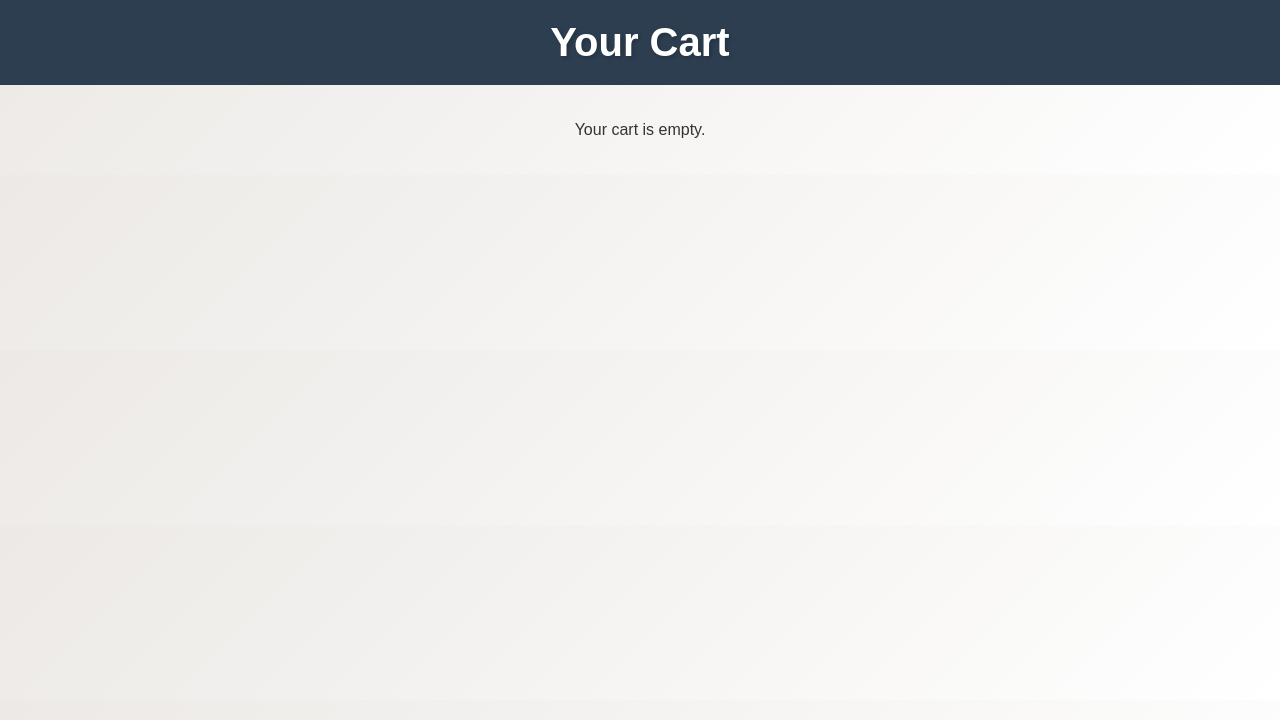
Repository: Masood395/Food-App
Page: http://localhost/FoodApp/cart.jsp
These files come from the project's save history. The page is drawn as it stood at one moment and after the next save; the edit follows.
The browser window is 1280 px wide. The pictures show the whole page.
The page is served by Tomcat 9. Other server files are loaded and not shown.

Above is the page before, as saved 2024-11-13 11:38:45.

### FoodApp/src/main/webapp/cart.jsp
<%@ page language="java" contentType="text/html; charset=UTF-8" pageEncoding="UTF-8"%>
<%@ page import="java.util.*" %>
<%@ page import="com.tap.cartitem.CartItem" %>

<!DOCTYPE html>
<html lang="en">
<head>
    <meta charset="UTF-8">
    <title>Your Cart</title>
    <link rel="stylesheet" href="https://cdnjs.cloudflare.com/ajax/libs/font-awesome/5.15.4/css/all.min.css">
    <style>
        /* General Styling */
        body {
            font-family: 'Arial', sans-serif;
            background: linear-gradient(135deg, #ece9e6, #ffffff);
            margin: 0;
            padding: 0;
            color: #333;
        }

        /* Header Styling */
        header {
            background: #2C3E50;
            color: white;
            padding: 20px;
            text-align: center;
        }

        header h1 {
            margin: 0;
            font-size: 2.5em;
            text-shadow: 2px 2px 4px rgba(0, 0, 0, 0.2);
        }

        /* Container for Cart Items */
        .cart-container {
            display: flex;
            flex-direction: column;
            align-items: center;
            padding: 20px;
            max-width: 1200px;
            margin: 0 auto;
        }

        /* Cart Item Card */
        .cart-item {
            display: flex;
            background: #fff;
            border-radius: 15px;
            overflow: hidden;
            width: 90%;
            max-width: 800px;
            margin-bottom: 20px;
            box-shadow: 0 4px 10px rgba(0, 0, 0, 0.15);
            transition: transform 0.3s ease;
            position: relative;
            animation: slideIn 0.5s ease forwards;
        }

        @keyframes slideIn {
            from { opacity: 0; transform: translateY(20px); }
            to { opacity: 1; transform: translateY(0); }
        }

        .cart-item:hover {
            transform: translateY(-5px);
        }

        .cart-item img {
            width: 200px;
            height: 200px;
            object-fit: cover;
            border-right: 1px solid #ddd;
        }

        .cart-item-details {
            padding: 20px;
            flex: 1;
            display: flex;
            flex-direction: column;
            justify-content: space-between;
        }

        .cart-item h2 {
            font-size: 1.6em;
            color: #333;
            margin: 0 0 10px;
        }

        .cart-item p {
            font-size: 1.1em;
            margin: 5px 0;
        }

        .cart-item .price {
            font-size: 1.4em;
            color: #FF5722;
            font-weight: bold;
        }

        .quantity-selector {
            display: flex;
            align-items: center;
            margin-top: 10px;
        }

        .quantity-selector select {
            padding: 8px;
            border-radius: 5px;
            border: 1px solid #ccc;
            margin-right: 10px;
            font-size: 1em;
        }

        /* Button Styles */
        .button-container {
            display: flex;
            justify-content: space-between;
            margin-top: 10px;
        }

        .update-button, .remove-button {
            background: #E74C3C;
            color: white;
            padding: 10px 15px;
            font-size: 1em;
            border: none;
            border-radius: 30px;
            cursor: pointer;
            transition: background 0.3s ease;
        }

        .update-button:hover {
            background: #C0392B;
        }

        .remove-button {
            background: #FF5722;
        }

        .remove-button:hover {
            background: #E64A19;
        }

        /* Total Price Section */
        .total-section {
            font-size: 1.5em;
            font-weight: bold;
            margin-top: 20px;
            color: #333;
            text-align: center;
        }

        .checkout-button {
            display: inline-block;
            background: #28a745;
            color: white;
            padding: 15px 30px;
            font-size: 1.2em border-radius: 50px;
            text-align: center;
            cursor: pointer;
            transition: background 0.3s ease;
            margin-top: 20px;
            text-decoration: none;
        }

        .checkout-button:hover {
            background: #218838;
        }

    </style>
</head>
<body>

<header>
    <h1>Your Cart</h1>
</header>

<div class="cart-container">
    <%
        Map<Integer, CartItem> cart = (Map<Integer, CartItem>) session.getAttribute("cart");
        double total = 0;
        if (cart != null && !cart.isEmpty()) {
            for (CartItem item : cart.values()) {
                double itemTotal = item.getPrice() * item.getQuantity();
                total += itemTotal;
    %>
        <div class="cart-item">
            <img src="<%= item.getImage() %>" alt="<%= item.getName() %>">
            <div class="cart-item-details">
                <h2><%= item.getName() %></h2>
                <p>Restaurant: <%= item.getRestaurant() %></p>
                <p class="price">$<%= String.format("%.2f", item.getPrice()) %></p>
                <p>Quantity: <%= item.getQuantity() %></p>
                <p>Subtotal: $<%= String.format("%.2f", itemTotal) %></p>
                <div class="quantity-selector">
                    <select name="quantity" onchange="this.form.submit()">
                        <% for (int i = 1; i <= 10; i++) { %>
                            <option value="<%= i %>" <%= i == item.getQuantity() ? "selected" : "" %>><%= i %></option>
                        <% } %>
                    </select>
                    <input type="hidden" name="itemId" value="<%= item.getItemId() %>">
                </div>
                <div class="button-container">
                    <form action="updateCart" method="post">
                        <button type="submit" class="update-button">Update</button>
                    </form>
                    <form action="removeItem" method="post">
                        <input type="hidden" name="itemId" value="<%= item.getItemId() %>">
                        <button type="submit" class="remove-button">Remove</button>
                    </form>
                </div>
            </div>
        </div>
    <%
            }
    %>
        <div class="total-section">
            <p>Total: $<%= String.format("%.2f", total) %></p>
            <a href="checkout.jsp" class="checkout-button">Proceed to Checkout</a>
        </div>
    <%
        } else {
    %>
        <p>Your cart is empty.</p>
    <%
        }
    %>
</div>

</body>
</html>

After the next save:
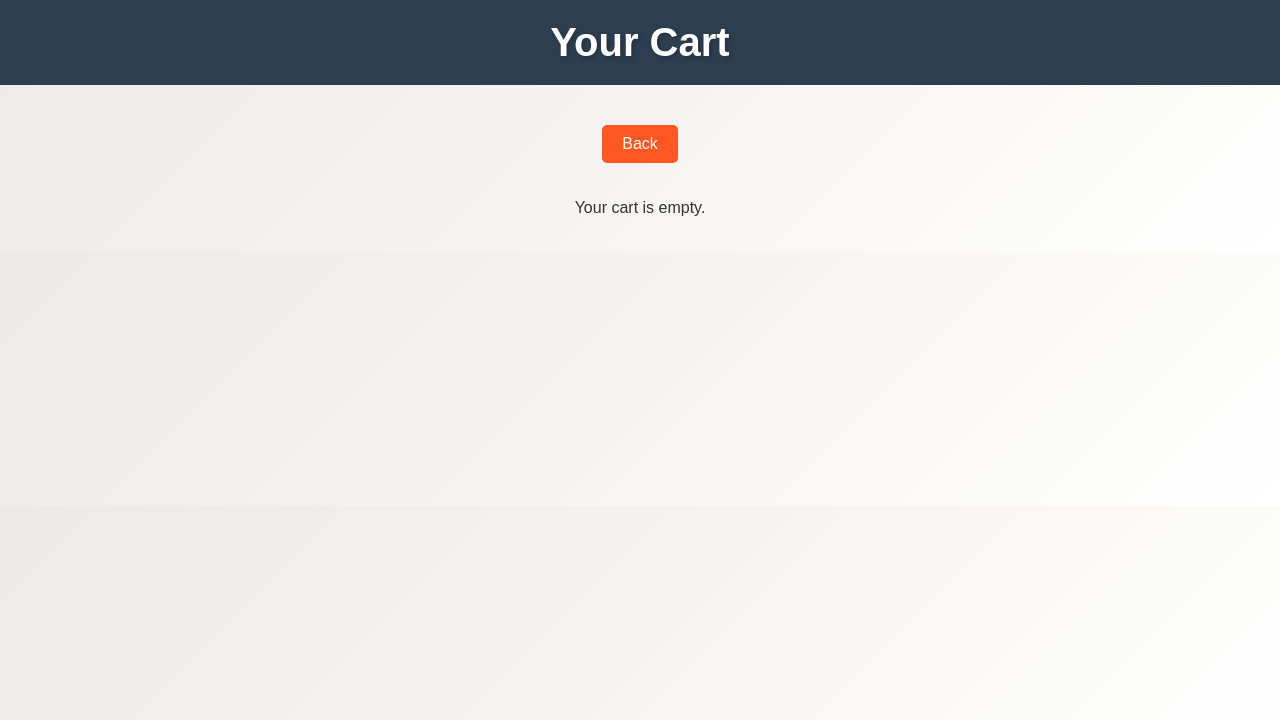
Saved 7 min 15 s later.
--- a/FoodApp/src/main/webapp/cart.jsp
+++ b/FoodApp/src/main/webapp/cart.jsp
@@ -32,6 +32,24 @@
             text-shadow: 2px 2px 4px rgba(0, 0, 0, 0.2);
         }
 
+        /* Back Button */
+        .back-button {
+            background: #FF5722;
+            color: white;
+            padding: 10px 20px;
+            border: none;
+            border-radius: 5px;
+            cursor: pointer;
+            transition: background 0.3s ease;
+            margin: 20px;
+            text-decoration: none;
+            display: inline-block;
+        }
+
+        .back-button:hover {
+            background: #E64A19;
+        }
+
         /* Container for Cart Items */
         .cart-container {
             display: flex;
@@ -125,7 +143,8 @@
             padding: 10px 15px;
             font-size: 1em;
             border: none;
-            border-radius: 30px;
+            border-radius: 30 ```jsp
+px;
             cursor: pointer;
             transition: background 0.3s ease;
         }
@@ -156,7 +175,8 @@
             background: #28a745;
             color: white;
             padding: 15px 30px;
-            font-size: 1.2em border-radius: 50px;
+            font-size: 1.2em;
+            border-radius: 50px;
             text-align: center;
             cursor: pointer;
             transition: background 0.3s ease;
@@ -168,6 +188,22 @@
             background: #218838;
         }
 
+        /* Responsive Design */
+        @media (max-width: 600px) {
+            .cart-item {
+                flex-direction: column;
+                align-items: flex-start;
+            }
+
+            .cart-item img {
+                width: 100%;
+                height: auto;
+            }
+
+            .quantity-selector {
+                margin-top: 10px;
+            }
+        }
     </style>
 </head>
 <body>
@@ -177,6 +213,7 @@
 </header>
 
 <div class="cart-container">
+    <a href="javascript:history.back()" class="back-button">Back</a>
     <%
         Map<Integer, CartItem> cart = (Map<Integer, CartItem>) session.getAttribute("cart");
         double total = 0;
@@ -194,12 +231,14 @@
                 <p>Quantity: <%= item.getQuantity() %></p>
                 <p>Subtotal: $<%= String.format("%.2f", itemTotal) %></p>
                 <div class="quantity-selector">
-                    <select name="quantity" onchange="this.form.submit()">
-                        <% for (int i = 1; i <= 10; i++) { %>
-                            <option value="<%= i %>" <%= i == item.getQuantity() ? "selected" : "" %>><%= i %></option>
-                        <% } %>
-                    </select>
-                    <input type="hidden" name="itemId" value="<%= item.getItemId() %>">
+                    <form action="updateCart" method="post">
+                        <select name="quantity" onchange="this.form.submit()">
+                            <% for (int i = 1; i <= 10; i++) { %>
+                                <option value="<%= i %>" <%= i == item.getQuantity() ? "selected" : "" %>><%= i %></option>
+                            <% } %>
+                        </select>
+                        <input type="hidden" name="itemId" value="<%= item.getItemId() %>">
+                    </form>
                 </div>
                 <div class="button-container">
                     <form action="updateCart" method="post">

After the 2 saves that followed:
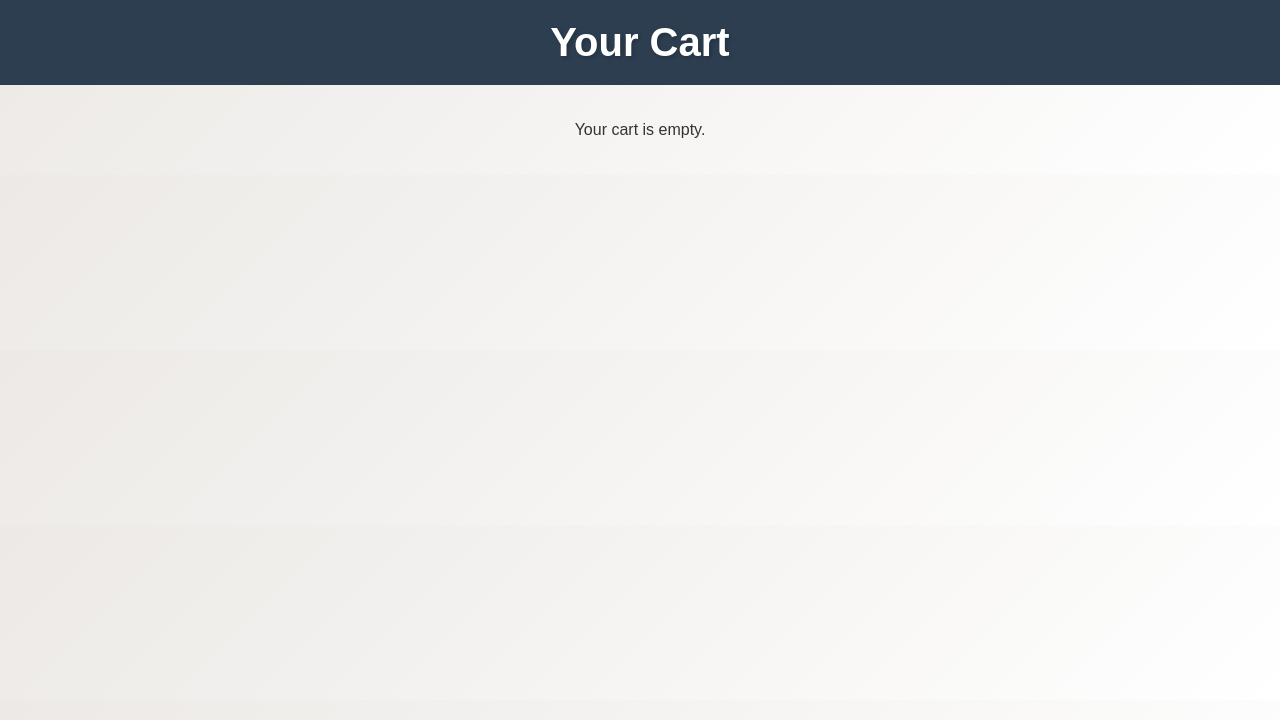
The 2 saves are shown as one change because 1 left the picture as it was.
The last was saved 8 min 16 s later.
--- a/FoodApp/src/main/webapp/cart.jsp
+++ b/FoodApp/src/main/webapp/cart.jsp
@@ -32,24 +32,6 @@
             text-shadow: 2px 2px 4px rgba(0, 0, 0, 0.2);
         }
 
-        /* Back Button */
-        .back-button {
-            background: #FF5722;
-            color: white;
-            padding: 10px 20px;
-            border: none;
-            border-radius: 5px;
-            cursor: pointer;
-            transition: background 0.3s ease;
-            margin: 20px;
-            text-decoration: none;
-            display: inline-block;
-        }
-
-        .back-button:hover {
-            background: #E64A19;
-        }
-
         /* Container for Cart Items */
         .cart-container {
             display: flex;
@@ -143,8 +125,7 @@
             padding: 10px 15px;
             font-size: 1em;
             border: none;
-            border-radius: 30 ```jsp
-px;
+            border-radius: 30px;
             cursor: pointer;
             transition: background 0.3s ease;
         }
@@ -175,8 +156,7 @@
             background: #28a745;
             color: white;
             padding: 15px 30px;
-            font-size: 1.2em;
-            border-radius: 50px;
+            font-size: 1.2em border-radius: 50px;
             text-align: center;
             cursor: pointer;
             transition: background 0.3s ease;
@@ -188,22 +168,6 @@
             background: #218838;
         }
 
-        /* Responsive Design */
-        @media (max-width: 600px) {
-            .cart-item {
-                flex-direction: column;
-                align-items: flex-start;
-            }
-
-            .cart-item img {
-                width: 100%;
-                height: auto;
-            }
-
-            .quantity-selector {
-                margin-top: 10px;
-            }
-        }
     </style>
 </head>
 <body>
@@ -213,7 +177,6 @@
 </header>
 
 <div class="cart-container">
-    <a href="javascript:history.back()" class="back-button">Back</a>
     <%
         Map<Integer, CartItem> cart = (Map<Integer, CartItem>) session.getAttribute("cart");
         double total = 0;
@@ -231,14 +194,12 @@
                 <p>Quantity: <%= item.getQuantity() %></p>
                 <p>Subtotal: $<%= String.format("%.2f", itemTotal) %></p>
                 <div class="quantity-selector">
-                    <form action="updateCart" method="post">
-                        <select name="quantity" onchange="this.form.submit()">
-                            <% for (int i = 1; i <= 10; i++) { %>
-                                <option value="<%= i %>" <%= i == item.getQuantity() ? "selected" : "" %>><%= i %></option>
-                            <% } %>
-                        </select>
-                        <input type="hidden" name="itemId" value="<%= item.getItemId() %>">
-                    </form>
+                    <select name="quantity" onchange="this.form.submit()">
+                        <% for (int i = 1; i <= 10; i++) { %>
+                            <option value="<%= i %>" <%= i == item.getQuantity() ? "selected" : "" %>><%= i %></option>
+                        <% } %>
+                    </select>
+                    <input type="hidden" name="itemId" value="<%= item.getItemId() %>">
                 </div>
                 <div class="button-container">
                     <form action="updateCart" method="post">
